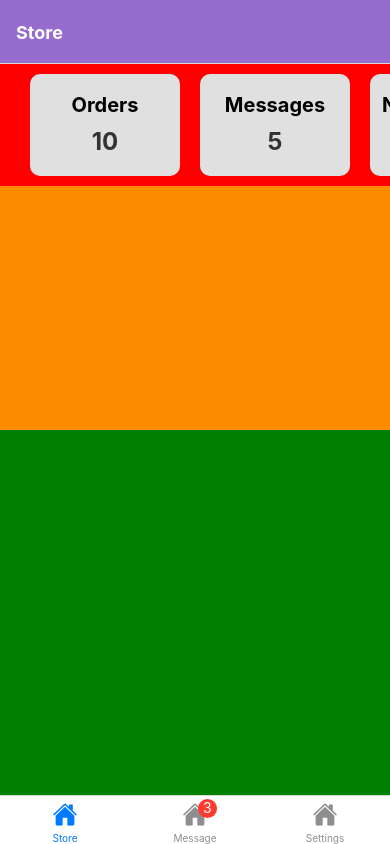
Repository: Waikato153/AwesomeProject
Screen: /
An editor plug-in stored every save of this project. The screen is shown before and after the next save, followed by the edit.
The app was drawn by React Native's web renderer in a window 390 px wide. The project was rebuilt for these pictures with package versions that can differ from the ones it lists, and the page was loaded fresh each time.

Above is the screen before, as saved 2024-02-29 11:52:45.

### App.js
import * as React from 'react';
import { Text, View, StyleSheet} from 'react-native';
import { NavigationContainer } from '@react-navigation/native';
import { createBottomTabNavigator } from '@react-navigation/bottom-tabs';
import { Ionicons } from '@expo/vector-icons';

import HomeScreen from './screens/HomeScreen';

function SettingsScreen() {
  return (
    <View style={{ flex: 1, justifyContent: 'center', alignItems: 'center' }}>
      <Text>Settings!</Text>
    </View>
  );
}


const styles = StyleSheet.create({
  container: {
    flex: 1,
    justifyContent: 'center',
    backgroundColor: 'white',
    alignItems: 'center',
    padding: 8,
  },
  paragraph: {
    margin: 24,
    fontSize: 18,
    fontWeight: 'bold',
    textAlign: 'center',
  },
});

const Tab = createBottomTabNavigator();

function MyTabs() {
  return (

    <Tab.Navigator
      screenOptions={{
        tabBarIcon: ({ color, size }) => (
          <Ionicons name="home" color={color} size={size} />
        ),
        headerStyle: {
          backgroundColor: '#966ccf',
        },
        headerTintColor: '#fff',
        headerTitleStyle: {
          fontWeight: 'bold',
        },
      }}
    >
      <Tab.Screen
        name="Store"
        component={HomeScreen}

      />
      <Tab.Screen
        name="Message"
        component={SettingsScreen}
        options={{
          tabBarBadge: 3
        }}
      />
      <Tab.Screen
        name="Settings"
        component={SettingsScreen}
      />
    </Tab.Navigator>
  );
}

export default function App() {
  return (
    <NavigationContainer>
      <MyTabs />
    </NavigationContainer>
  );
}

### screens/HomeScreen.js
import React from 'react';
import { View, Text, StyleSheet, FlatList } from 'react-native';

const data = [
  { title: 'Orders', count: 10 },
  { title: 'Messages', count: 5 },
  { title: 'Notifications', count: 8 },
  // Add more data as needed
];

const renderItem = ({ item }) => (
  <View style={styles.block}>
    <Text style={styles.title}>{item.title}</Text>
    <Text style={styles.count}>{item.count}</Text>
  </View>
);

const HomeScreen = () => {
  return (
    <View style={styles.container}>
      <View style={{flex: 1, backgroundColor: 'red'}}>
        <FlatList
          horizontal
          data={data}
          renderItem={renderItem}
          keyExtractor={(item, index) => index.toString()}
          showsHorizontalScrollIndicator={false}
          contentContainerStyle={styles.flatListContent}
        />
      </View>
      <View style={{flex: 2, backgroundColor: 'darkorange'}} />
      <View style={{flex: 3, backgroundColor: 'green'}} />
    </View>
  );
};

const styles = StyleSheet.create({
  container: {
    flex: 1,
  },
  flatListContent: {
    paddingLeft: 20,
    paddingRight: 20,
  },
  block: {
    width: 150, // 设置方块宽度
    justifyContent: 'center',
    alignItems: 'center',
    backgroundColor: '#e0e0e0',
    borderRadius: 10,
    padding: 20,
    margin: 10,
  },
  title: {
    fontSize: 20,
    fontWeight: 'bold',
    marginBottom: 10,
  },
  count: {
    fontSize: 24,
    fontWeight: 'bold',
    color: '#333333',
  },
});

export default HomeScreen;

After the next save:
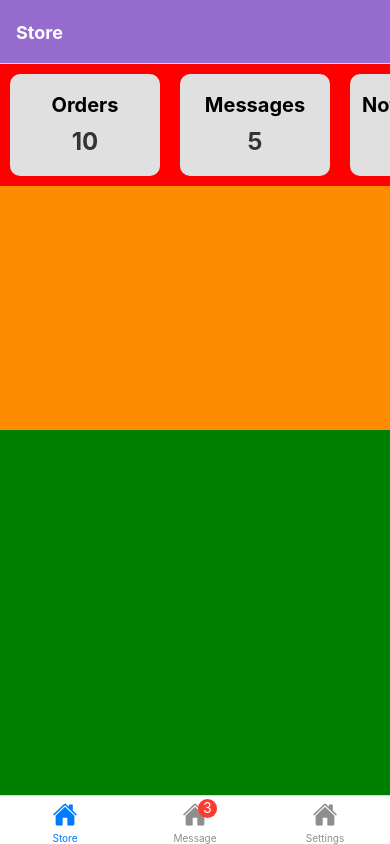
Saved 4 min 3 s later.
--- a/screens/HomeScreen.js
+++ b/screens/HomeScreen.js
@@ -39,8 +39,8 @@ const styles = StyleSheet.create({
     flex: 1,
   },
   flatListContent: {
-    paddingLeft: 20,
-    paddingRight: 20,
+    //paddingLeft: 20,
+    //paddingRight: 20,
   },
   block: {
     width: 150, // 设置方块宽度
